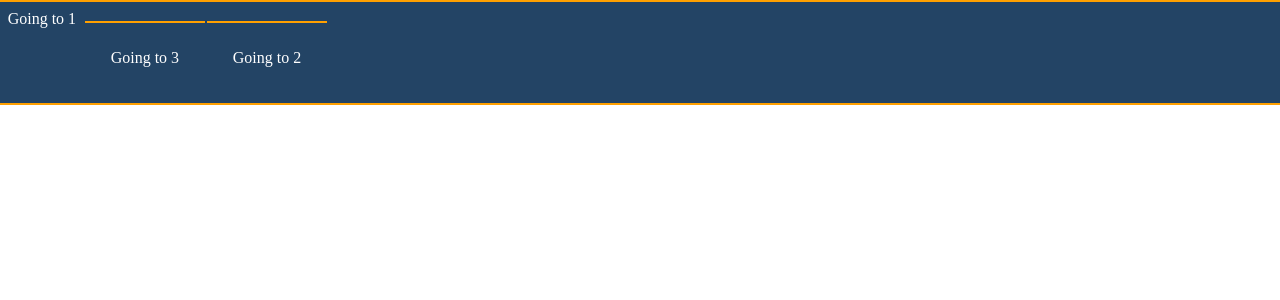
Repository: vsterev/origami
Page: /
An editor plug-in stored every save of this project. The page is shown before and after the next save, followed by the edit.
The browser window is 1280 px wide. The pictures show the whole page.
The project was rebuilt for these pictures with package versions that can differ from the ones it lists, and the page was loaded fresh each time.

Above is the page before, as saved 2020-07-12 08:01:51.

After the next save:
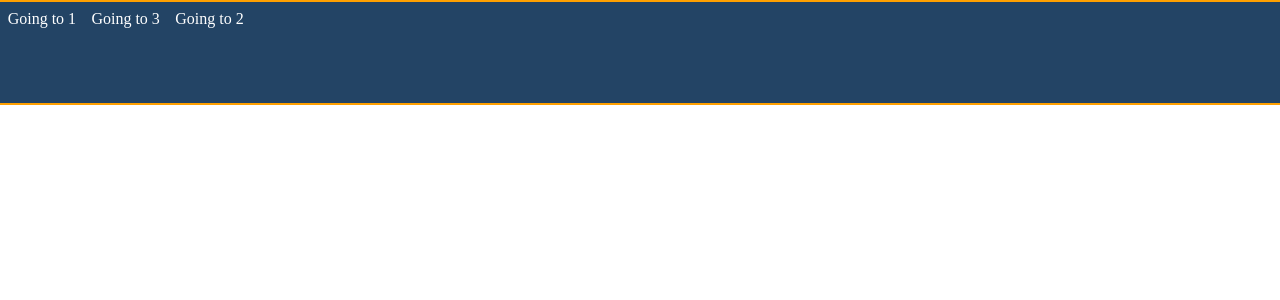
Saved 2 min 35 s later.
--- a/src/components/header/styles.css
+++ b/src/components/header/styles.css
@@ -23,7 +23,7 @@
     vertical-align: top;
 }
 
-nav .listItem:not(:first-child) {
+nav .listItem:not(:second-child) {
     padding: 2%;
     margin-top: 1.5%;
     border-top: 2px solid #ffa000;

After the save that followed:
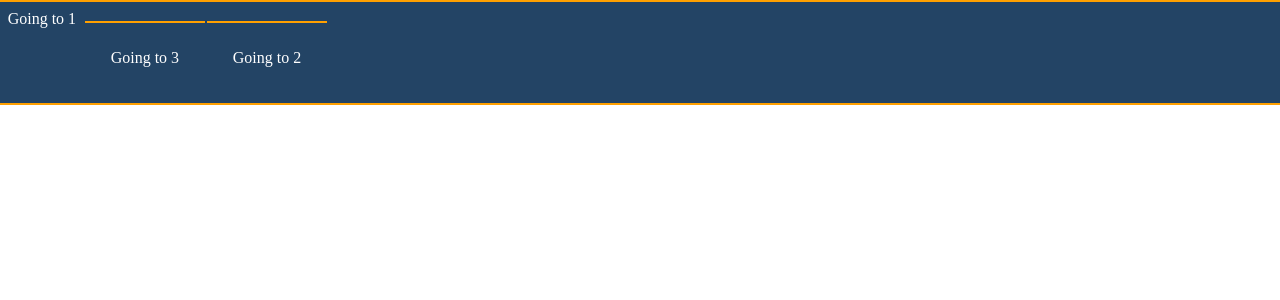
Saved 18 s later.
--- a/src/components/header/styles.css
+++ b/src/components/header/styles.css
@@ -23,7 +23,7 @@
     vertical-align: top;
 }
 
-nav .listItem:not(:second-child) {
+nav .listItem:not(:first-child) {
     padding: 2%;
     margin-top: 1.5%;
     border-top: 2px solid #ffa000;
